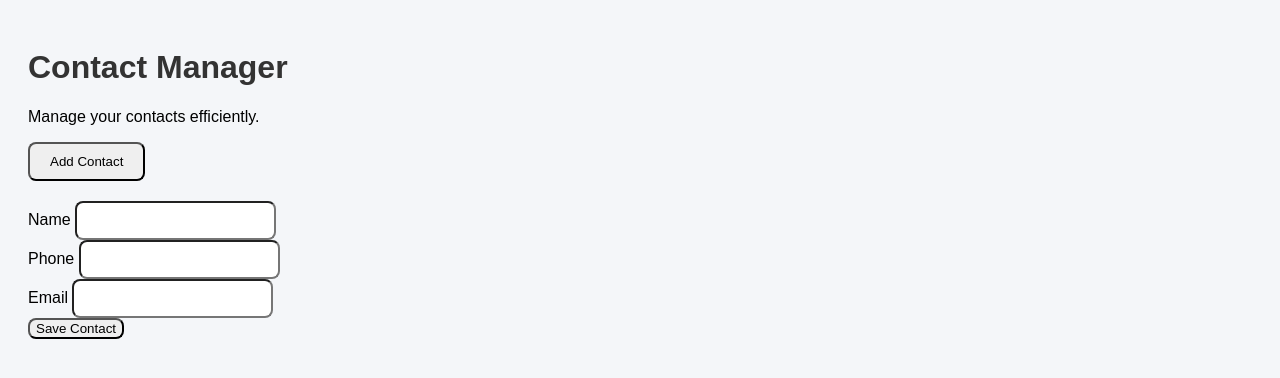
Repository: Slyadavkir/wipro-projects
Page: http://localhost/ContactManager/
An editor plug-in stored every save of this project. The page is shown before and after the next save, followed by the edit.
The browser window is 1280 px wide. The pictures show the whole page.
The page is served by Tomcat 10.

Above is the page before, as saved 2026-05-10 10:56:11.

After the next save:
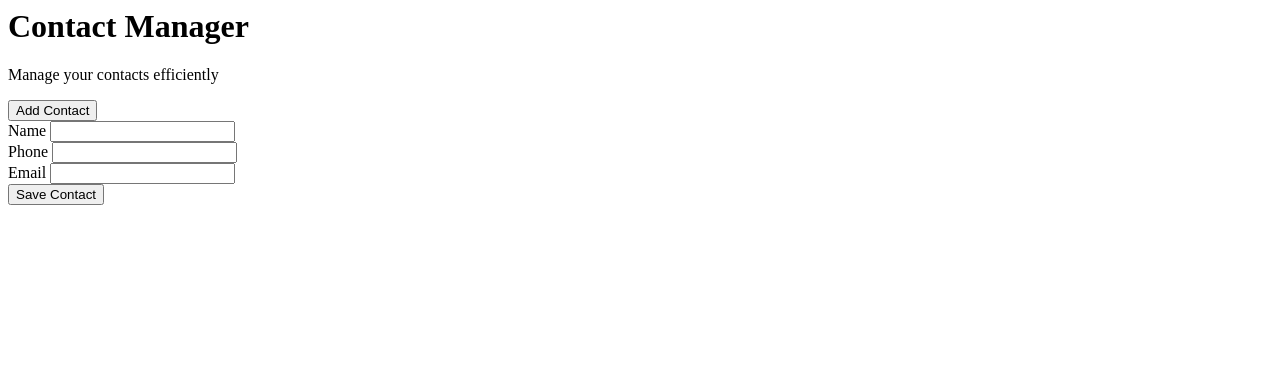
Saved 26 s later.
--- a/ContactManager/src/main/webapp/index.jsp
+++ b/ContactManager/src/main/webapp/index.jsp
@@ -1,70 +1,51 @@
-<%@ page contentType="text/html;charset=UTF-8" language="java" %>
-    <link rel="stylesheet" href="css/style.css">
-</head>
-<body>
+<div class="contact-card">
 
-<div class="container mt-5">
+    <h1>Contact Manager</h1>
 
-    <div class="card shadow p-4">
+    <p class="subtitle">
+        Manage your contacts efficiently
+    </p>
 
-        <h1 class="text-center mb-4">
-            Contact Manager
-        </h1>
+    <button class="btn-primary"
+            data-bs-toggle="collapse"
+            data-bs-target="#contactForm">
+        Add Contact
+    </button>
 
-        <p class="text-center">
-            Manage your contacts efficiently.
-        </p>
+    <div class="collapse" id="contactForm">
 
-        <div class="text-center">
-            <button class="btn btn-primary"
-                    data-bs-toggle="collapse"
-                    data-bs-target="#contactForm">
-                Add Contact
+        <form action="addContact" method="post">
+
+            <div class="form-group">
+                <label>Name</label>
+                <input type="text"
+                       name="name"
+                       class="form-control"
+                       required>
+            </div>
+
+            <div class="form-group">
+                <label>Phone</label>
+                <input type="text"
+                       name="phone"
+                       class="form-control"
+                       required>
+            </div>
+
+            <div class="form-group">
+                <label>Email</label>
+                <input type="email"
+                       name="email"
+                       class="form-control"
+                       required>
+            </div>
+
+            <button type="submit" class="btn-success">
+                Save Contact
             </button>
-        </div>
 
-        <div class="collapse mt-4" id="contactForm">
-
-            <form action="addContact" method="post">
-
-                <div class="mb-3">
-                    <label class="form-label">Name</label>
-                    <input type="text"
-                           name="name"
-                           class="form-control"
-                           required>
-                </div>
-
-                <div class="mb-3">
-                    <label class="form-label">Phone</label>
-                    <input type="text"
-                           name="phone"
-                           class="form-control"
-                           required>
-                </div>
-
-                <div class="mb-3">
-                    <label class="form-label">Email</label>
-                    <input type="email"
-                           name="email"
-                           class="form-control"
-                           required>
-                </div>
-
-                <button type="submit"
-                        class="btn btn-success w-100">
-                    Save Contact
-                </button>
-
-            </form>
-
-        </div>
+        </form>
 
     </div>
 
 </div>
-
-<script src="https://cdn.jsdelivr.net/npm/bootstrap@5.3.2/dist/js/bootstrap.bundle.min.js"></script>
-
-</body>
-</html>
